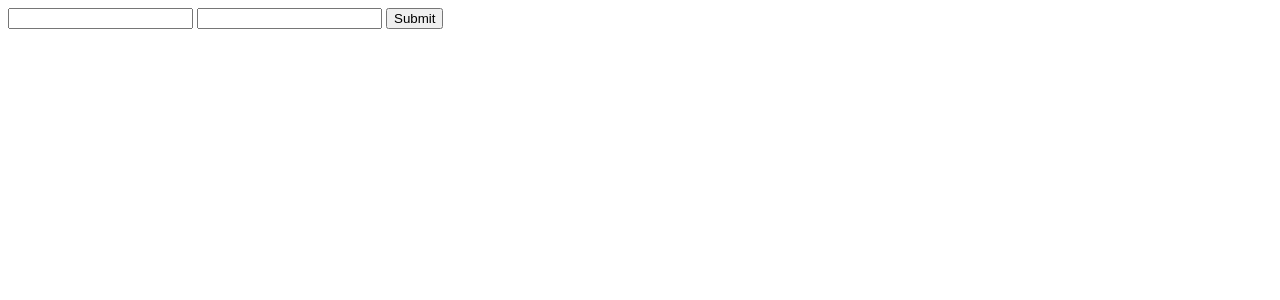
Repository: akki1071993/JavaServlet
Page: HttpServletFilterDemo/src/main/webapp/index.html
These files come from the project's save history. The page is drawn as it stood at one moment and after the next save; the edit follows.
The browser window is 1280 px wide. The pictures show the whole page.

Above is the page before, as saved 2022-06-15 05:38:55.

### HttpServletFilterDemo/src/main/webapp/index.html
<!DOCTYPE html>
<html>
<head>
<meta charset="ISO-8859-1">
<title>Insert title here</title>
</head>
<body>



<form action="done" method="post">
<input type="text" name="fname">
<input type="text" name="lname">
<button type="submit" value="Ok"> Submit</button>


</form>
</body>
</html>

After the next save:
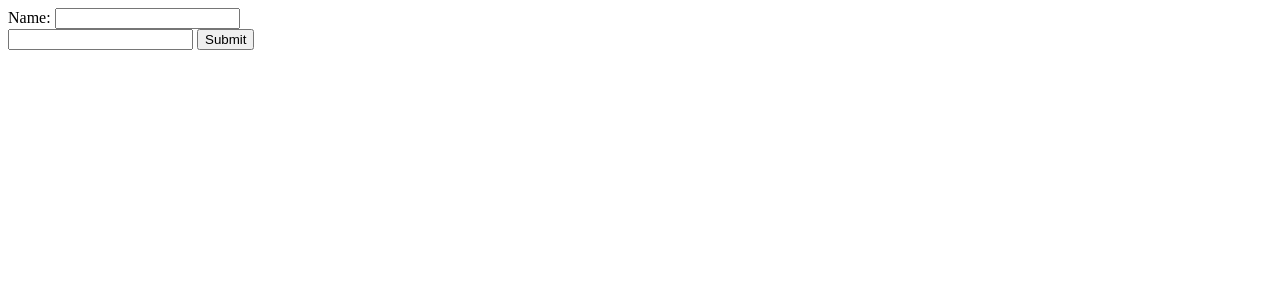
Saved 13 s later.
--- a/HttpServletFilterDemo/src/main/webapp/index.html
+++ b/HttpServletFilterDemo/src/main/webapp/index.html
@@ -9,7 +9,7 @@
 
 
 <form action="done" method="post">
-<input type="text" name="fname">
+Name: <input type="text" name="fname"> <br>
 <input type="text" name="lname">
 <button type="submit" value="Ok"> Submit</button>
 
